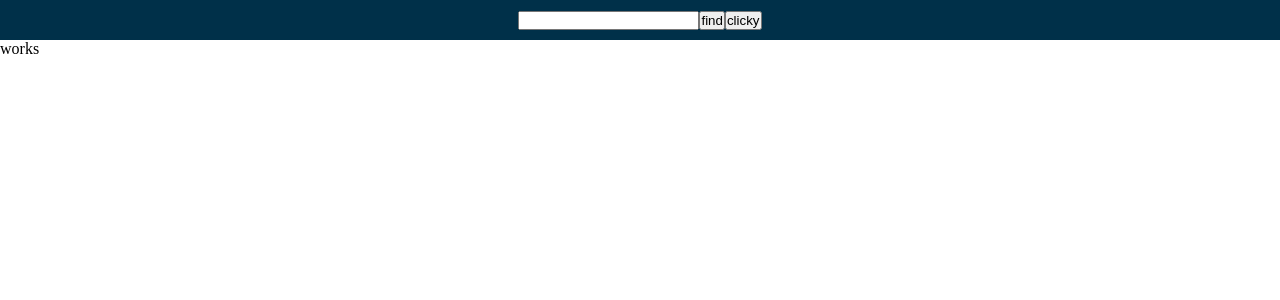
Repository: rutsguifd/uni
Page: / (app in filmhub-react/)
These files come from the project's save history. The page is drawn as it stood at one moment and after the next save; the edit follows.
The browser window is 1280 px wide. The pictures show the whole page.
The page's requests for data from a server got no answer. The project was rebuilt for these pictures with package versions that can differ from the ones it lists, and the page was loaded fresh each time. No one was signed in, and anything a server would have sent is missing.

Above is the page before, as saved 2022-04-12 17:18:41.

### filmhub-react/src/index.js
import React from "react";
import ReactDOM from "react-dom";
import { Provider } from "react-redux";
import App from "./App";
import { store } from "./store"

ReactDOM.render(
  <React.StrictMode>
    <Provider store={store}>
      <App />
    </Provider>
  </React.StrictMode>,
  document.getElementById("root")
);

### filmhub-react/src/App.js
import axios from "axios";
import { useEffect } from "react";
import Header from "./components/Header";
import './styles/App.css'

function App() {
  const fetch = () => {
    axios.get('http://www.omdbapi.com/?apikey=c4183736&s=superman&page=2')
  .then((response)=>console.log(response.data));
  }
    useEffect(()=>{fetch()},[])
  return (
    <div className="App">
    <Header/>
      works
    </div>
  );
}

export default App;

### filmhub-react/src/store/index.js
import { combineReducers, createStore } from "redux";
import { composeWithDevTools } from "redux-devtools-extension";
import { fetchDataReducer } from "./fetchDataReducer";
const rootReducer = combineReducers({
    fetchDataReducer
})

export const store = createStore(rootReducer, composeWithDevTools())

### filmhub-react/src/components/Header.jsx
import React, { useState } from "react";
import { useDispatch, useSelector } from "react-redux";
import "../styles/Header.css"

const Header = () => {
  const [searchQuery, setSearchQuery] = useState("");
  const dispatch = useDispatch();
  const fetchData = (e) => {
      e.preventDefault()
      dispatch({type: "FETCH_SEARCH_MOVIE", payload: searchQuery})
  }
  const a = useSelector((state)=>state.fetchDataReducer.movies)
  const clicky = () => {
      console.log(a)
  }
  return (
    <div className="header">
      <form>
        <input
          value={searchQuery}
          onChange={(e) => setSearchQuery(e.target.value)}
        />
        <button onClick={fetchData}>find</button>
      </form>
        <button onClick={clicky}>clicky</button>
    </div>
  );
};

export default Header;

### filmhub-react/src/store/fetchDataReducer.js
import axios from "axios";

const initialState = {
    movies: []
};

const FETCH_SEARCH_MOVIE = "FETCH_SEARCH_MOVIE";
async function fetchSearchMovie(searchQuery) {
    await axios.get(`http://www.omdbapi.com/?apikey=c4183736&s=${searchQuery}`)
    .then((response)=>response.data)
    .then((data) => console.log(data))
    ;
}

export const fetchDataReducer = (state = initialState, action) => {
    switch(action.type) {
        case FETCH_SEARCH_MOVIE:
            return {...state, movies: [...state.movies, fetchSearchMovie(action.payload)]}
        default:
            return state;
    }
}

### filmhub-react/src/styles/Header.css
.header{
    display: flex;
    height: 40px;
    justify-content: center;
    align-items: center;
    background-color: #003049;
}

Loaded but not shown: filmhub-react/public/index.html (common file); filmhub-react/src/styles/App.css (common file)

After the next save:
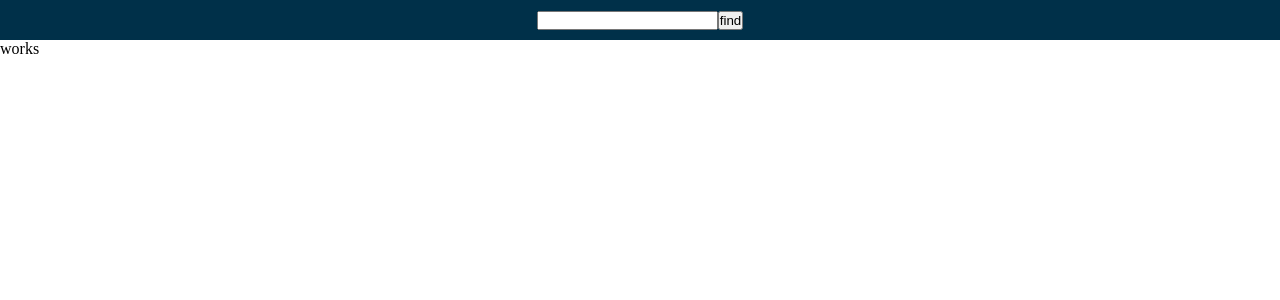
Saved 3 min 55 s later.
--- a/filmhub-react/src/components/Header.jsx
+++ b/filmhub-react/src/components/Header.jsx
@@ -10,9 +10,6 @@ const Header = () => {
       dispatch({type: "FETCH_SEARCH_MOVIE", payload: searchQuery})
   }
   const a = useSelector((state)=>state.fetchDataReducer.movies)
-  const clicky = () => {
-      console.log(a)
-  }
   return (
     <div className="header">
       <form>
@@ -22,7 +19,6 @@ const Header = () => {
         />
         <button onClick={fetchData}>find</button>
       </form>
-        <button onClick={clicky}>clicky</button>
     </div>
   );
 };
